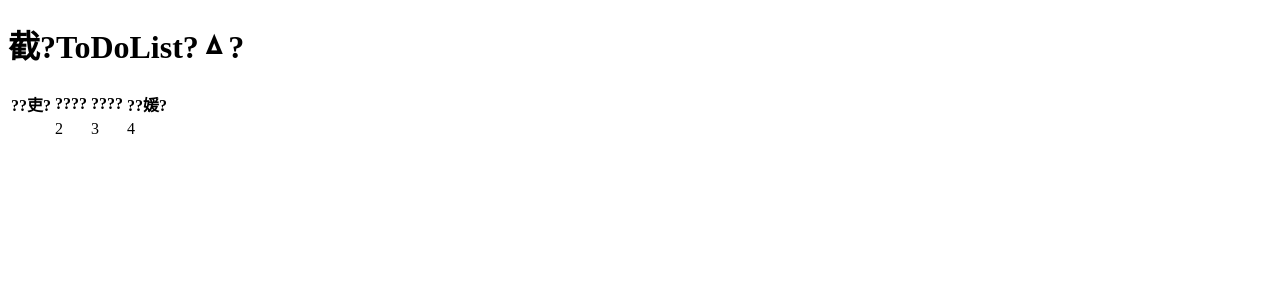
Repository: Flower-Deer/Mybatis_Practice_TodoList
Page: http://localhost/ToDoList/test.jsp
These files come from the project's save history. The page is drawn as it stood at one moment and after the next save; the edit follows.
The browser window is 1280 px wide. The pictures show the whole page.
The page is served by Tomcat 9.

Above is the page before, as saved 2023-03-18 06:04:03.

### ToDoList/src/main/webapp/test.jsp
<%@ page language="java" contentType="text/html; charset=EUC-KR"
    pageEncoding="EUC-KR"%>
<!DOCTYPE html>
<html>
<head>
<meta charset="EUC-KR">
<title>투두리스트</title>
</head>
<body>
<h1>️ToDoList❤️</h1>
<table>
	<thead>
		<tr>
			<th>날짜</th>
			<th>요일</th>
			<th>할일</th>
			<th>평가</th>
		</tr>
	</thead>
	<tbody>
		<tr>
			<td></td>
			<td>2</td>
			<td>3</td>
			<td>4</td>
		</tr>
	</tbody>
</table>
</body>
</html>

After the next save:
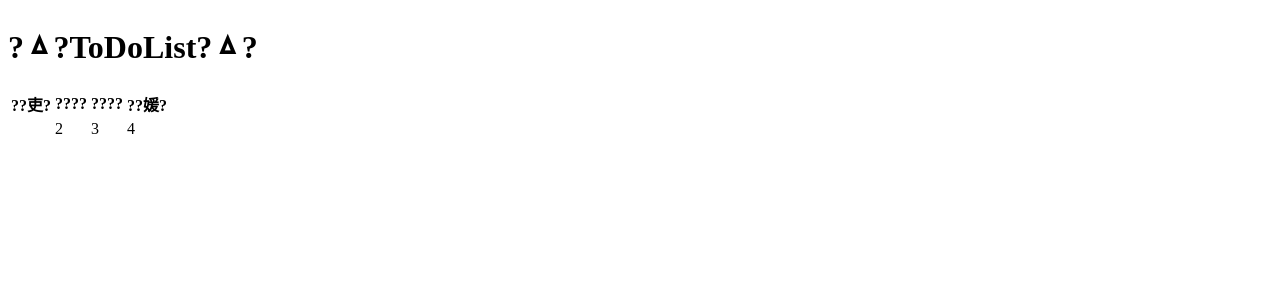
Saved 7 s later.
--- a/ToDoList/src/main/webapp/test.jsp
+++ b/ToDoList/src/main/webapp/test.jsp
@@ -7,7 +7,7 @@
 <title>투두리스트</title>
 </head>
 <body>
-<h1>️ToDoList❤️</h1>
+<h1>❤️ToDoList❤️</h1>
 <table>
 	<thead>
 		<tr>
